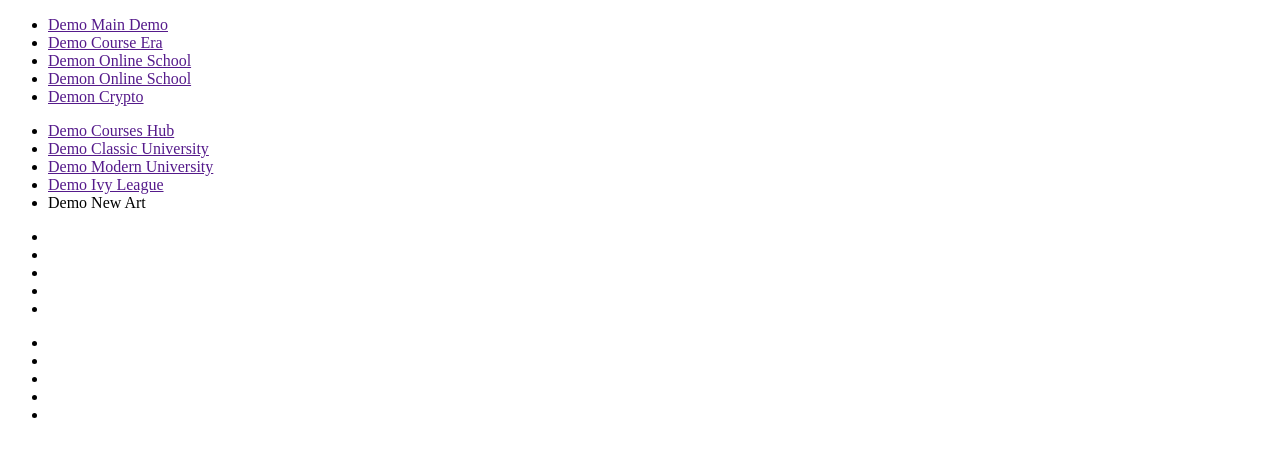
Repository: ibrkhalil/EduWebsite
Page: test.html
The author's editor kept a copy of each file at every save. The page is drawn from the files as they stood at one save, then again after a run of saves.
The browser window is 1280 px wide. The pictures show the whole page.

Above is the page before, as saved 2020-11-18 15:03:58.

After the next 3 saves:
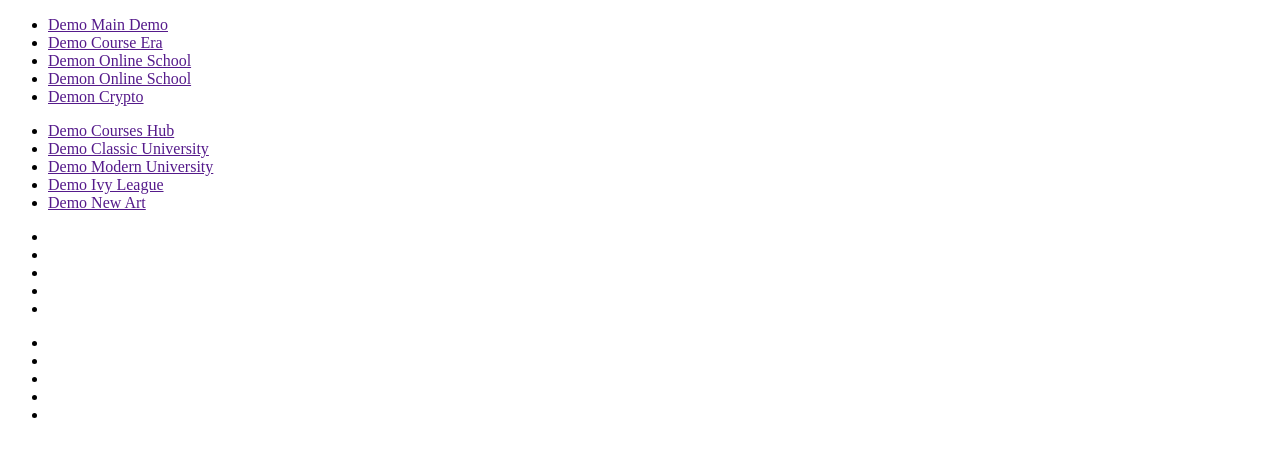
The 3 saves are shown as one change because they came seconds apart.
The last was saved 9 s later.
--- a/test.html
+++ b/test.html
@@ -18,10 +18,10 @@
         <li><a href="">Demo Classic University</a></li>
         <li><a href="">Demo Modern University</a></li>
         <li><a href="">Demo Ivy League</a></li>
-        <li>Demo New Art</li>
+        <li><a href="">Demo New Art</a></li>
     </ul>
     <ul>
-        <li></li>
+        <li><a href=""></a></li>
         <li></li>
         <li></li>
         <li></li>
